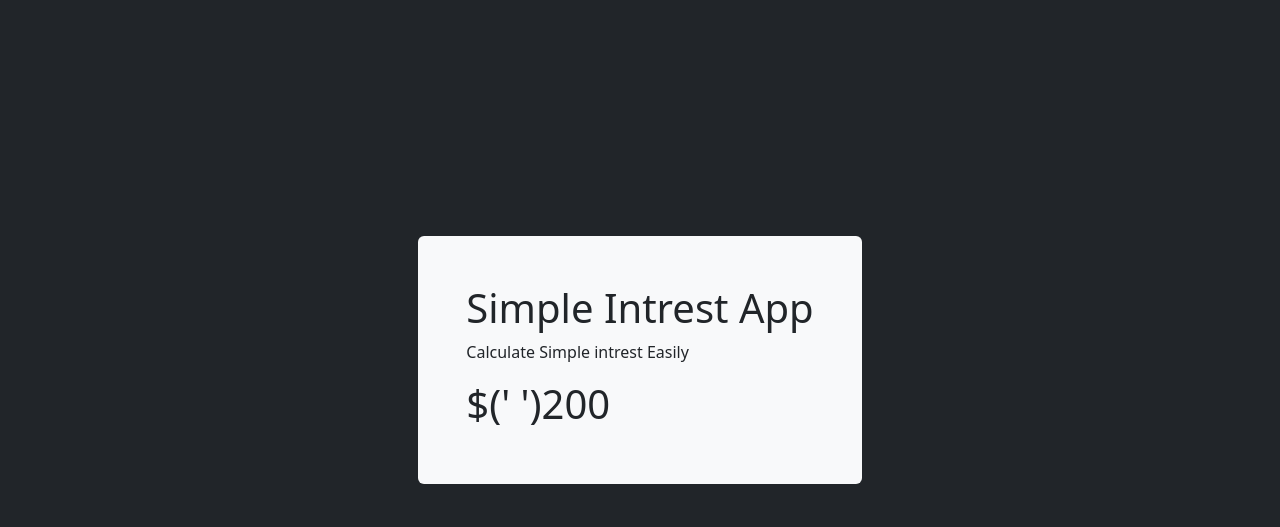
Repository: Afraz13/simple-intrest
Page: /
An editor plug-in stored every save of this project. The page is shown before and after the next save, followed by the edit.
The browser window is 1280 px wide. The pictures show the whole page.
The project was rebuilt for these pictures with package versions that can differ from the ones it lists, and the page was loaded fresh each time. Also part of the build but not shown: src/index.css, src/App.css.

Above is the page before, as saved 2024-07-15 20:27:04.

After the next save:
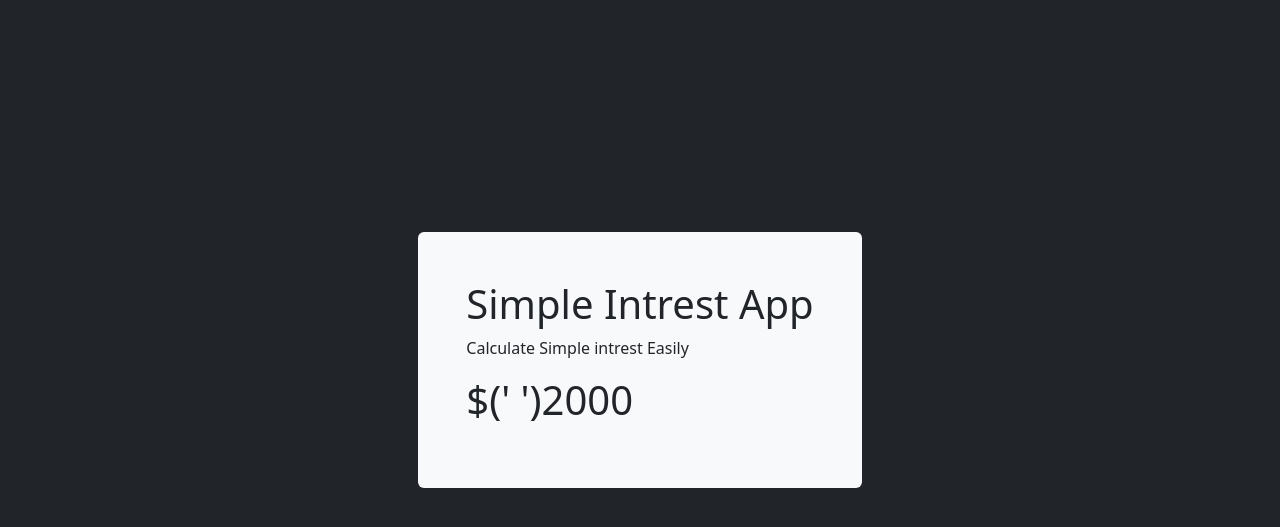
Saved 10 s later.
--- a/src/App.js
+++ b/src/App.js
@@ -8,7 +8,8 @@ function App() {
     <h1>Simple Intrest App</h1>
     <p>Calculate Simple intrest Easily</p>
     <div>
-      <h1>$(' ')200</h1>
+      <h1>$(' ')2000</h1>
+      <p></p>
     </div>
     </div>
     </div>
